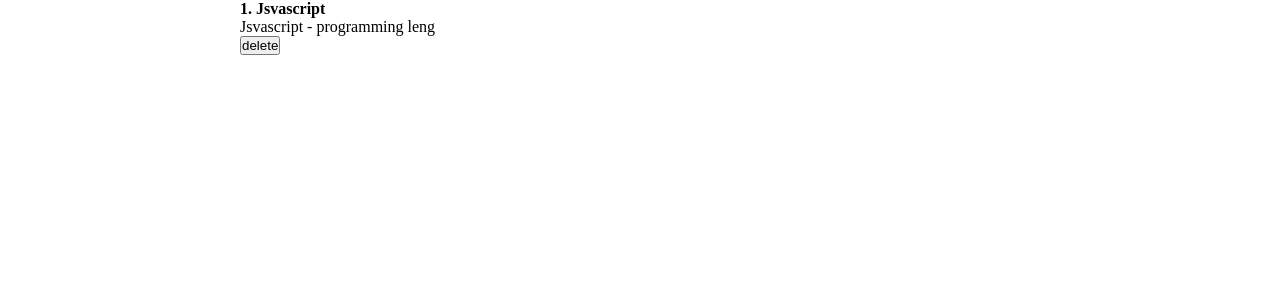
Repository: tsydikov/reactTodo
Page: /
The author's editor kept a copy of each file at every save. The page is drawn from the files as they stood at one save, then again after the next save.
The browser window is 1280 px wide. The pictures show the whole page.
The project was rebuilt for these pictures with package versions that can differ from the ones it lists, and the page was loaded fresh each time.

Above is the page before, as saved 2021-08-29 11:34:52.

### public/index.html
<!DOCTYPE html>
<html lang="en">
  <head>
    <meta name="viewport" content="width=device-width, initial-scale=1" />
    <title>React App</title>
  </head>
  <body>
    <noscript>You need to enable JavaScript to run this app.</noscript>
    <div id="root"></div>
  </body>
</html>

### src/App.js
import React from 'react'
import './styles/App.css'

function App() {
  return (
    <div className="App">
      <div className="post">
        <div className="post__content">
          <strong>1. Jsvascript</strong>
          <div>
            Jsvascript - programming leng
          </div>
        </div>
        <div className="post__btn">
          <button>delete</button>
        </div>
      </div>
    </div>
  );
}

export default App;

### src/styles/App.css
* {
    margin: 0;
    padding: 0;
    box-sizing: border-box;
}

#root {
    display: flex;
    justify-content: center;
}

.App {
    width: 800px;
}

Loaded but not shown: src/index.js (common file)

After the next save:
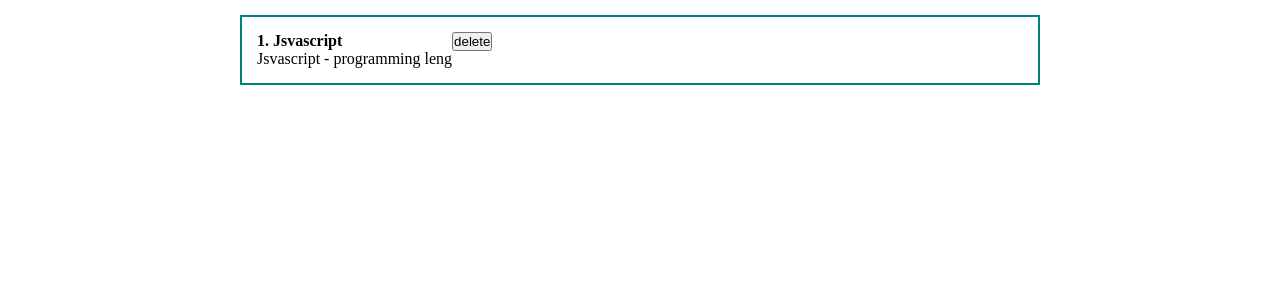
Saved 79 s later.
--- a/src/styles/App.css
+++ b/src/styles/App.css
@@ -12,3 +12,10 @@
 .App {
     width: 800px;
 }
+
+.post {
+    display: flex;
+    padding: 15px;
+    border: 2px solid teal;
+    margin-top: 15px;
+}
